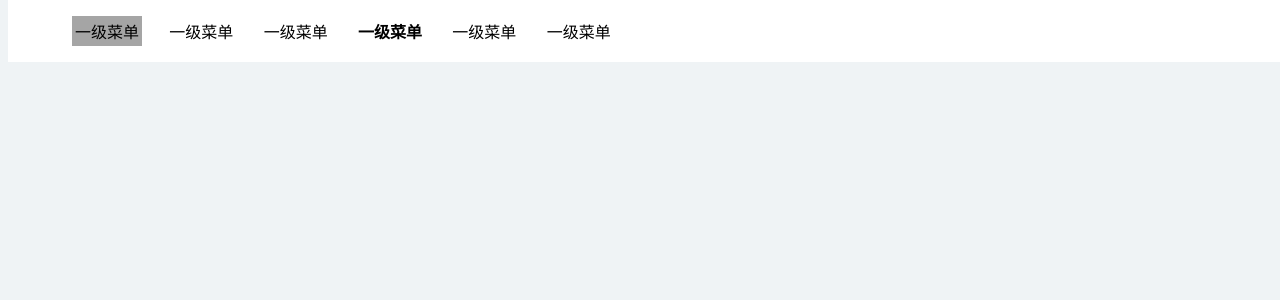
Repository: LJW3112/StudyHTML
Page: 个人作品展示网页/CODE/index.html
These files come from the project's save history. The page is drawn as it stood at one moment and after the next save; the edit follows.
The browser window is 1280 px wide. The pictures show the whole page.
The pointer rests on the first visible `.top li a`.

Above is the page before, as saved 2023-02-12 16:41:53.

After the next save:
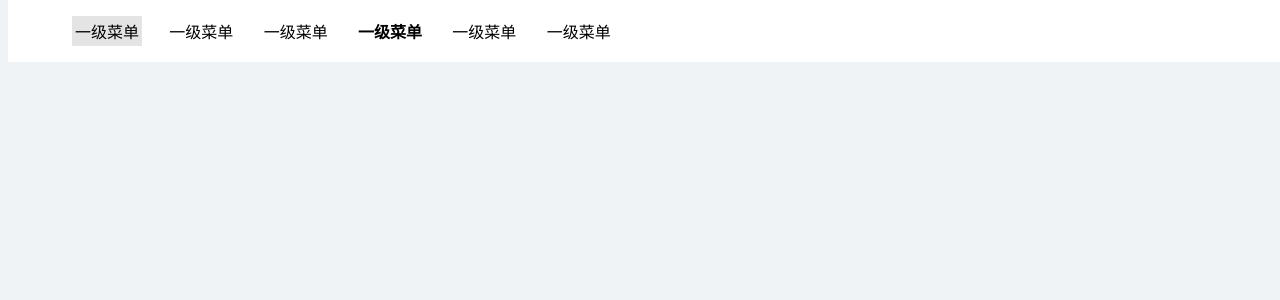
Saved 20 s later.
--- a/个人作品展示网页/CODE/index.html
+++ b/个人作品展示网页/CODE/index.html
@@ -60,7 +60,7 @@
 
             .top li a:hover {
                 /* 鼠标选中时背景变为黑色 */
-                background-color: rgb(165, 165, 165);
+                background-color: rgb(228, 228, 228);
             }
 
             .top ul li ul {
